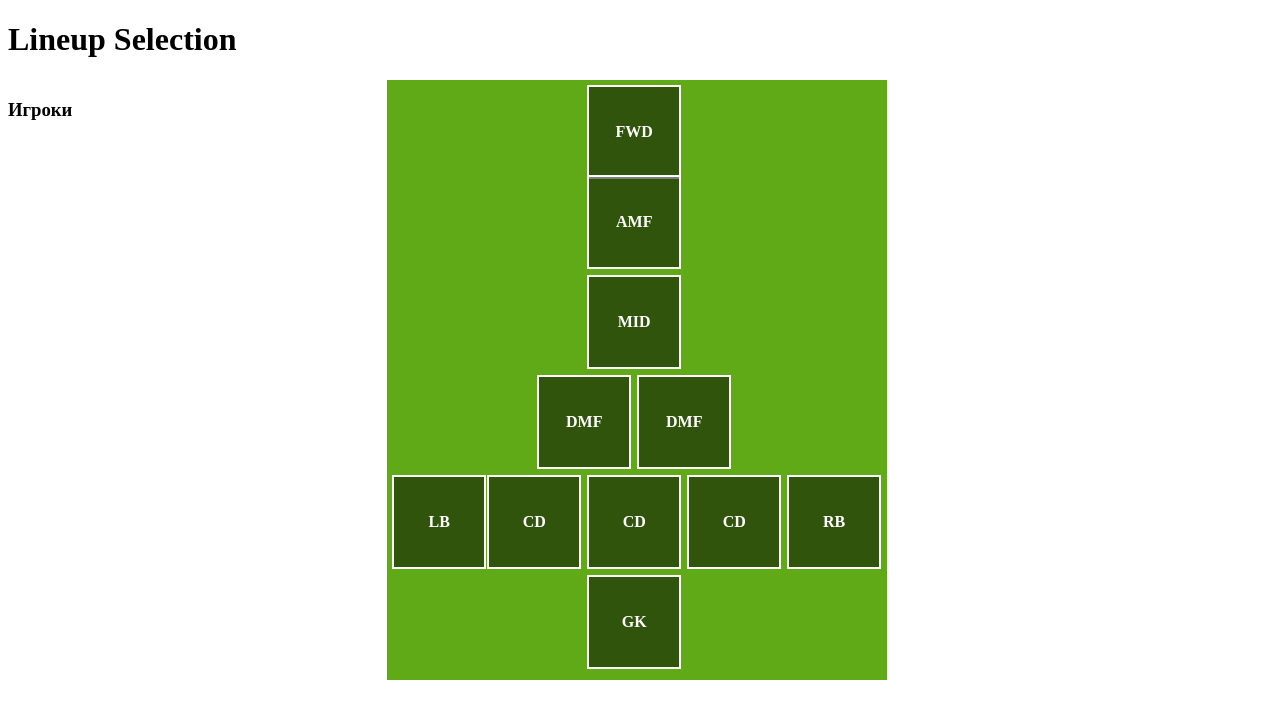
Repository: greatgreek73/soccergame
Page: http://localhost/lineup-selection/
These files come from the project's save history. The page is drawn as it stood at one moment and after the next save; the edit follows.
The browser window is 1280 px wide. The pictures show the whole page.
Some web libraries are served in a nearby version. The page is served by the project's application, run on Django 4.2 (manage.py). A made-up administrator, testuser (Test User, test@example.com), is signed in. Other server files are loaded and not shown. Queries for data that is not in the repository find no rows.

Above is the page before, as saved 2024-04-19 20:15:24.

### players/templates/lineup_selection.html
{% load static %}

<!DOCTYPE html>
<html>
<head>
    <title>Lineup Selection</title>
    <link rel="stylesheet" href="https://code.jquery.com/ui/1.12.1/themes/base/jquery-ui.css">
    <script src="https://code.jquery.com/jquery-3.6.0.min.js"></script>
    <script src="https://code.jquery.com/ui/1.12.1/jquery-ui.min.js"></script>
    <style>
        .content-wrapper {
            display: flex;
            justify-content: flex-start; /* Изменено для устранения лишнего пространства между элементами */
        }
        #player-list {
            width: 30%; /* Задайте ширину списка игроков */
            margin-right: 0px; /* Отступ уменьшен до 0 */
        }
        #field {
            background-color: #60A917;
            width: 500px;
            height: 600px;
            position: relative;
        }
        .position {
            width: 90px;
            height: 90px;
            border: 2px solid #fff;
            position: absolute;
            display: flex;
            align-items: center;
            justify-content: center;
            color: white;
            font-weight: bold;
            background-color: rgba(0, 0, 0, 0.5); /* Небольшая прозрачность */
        }
    </style>
    <script>
        var lineup = []; // Инициализация массива состава на уровне глобальной переменной

        function loadInitialLineup() {
            $.ajax({
                url: '/get-lineup/',
                type: 'GET',
                success: function(response) {
                    lineup = response.lineup;
                    lineup.forEach(function(player) {
                        var playerElement = $('[data-player-id="' + player.player_id + '"]');
                        var positionElement = $('.position[data-position="' + player.position + '"]');
                        var playerClone = playerElement.clone().addClass('positioned-player').removeAttr('style');
                        positionElement.empty().append(playerClone);
                        playerElement.remove();
                        updateDraggable();
                    });
                },
                error: function(xhr, status, error) {
                    console.error('Error loading the lineup: ' + error);
                }
            });
        }

        function updateDraggable() {
            $('.positioned-player').draggable({
                revert: 'invalid',
                cursor: 'move',
                helper: 'clone',
                zIndex: 100
            });
        }

        $(document).ready(function() {
            loadInitialLineup();
            $('.player').draggable({
                revert: 'invalid',
                cursor: 'move',
                helper: 'clone',
                zIndex: 100
            });

            $('.position').droppable({
                accept: function(draggable) {
                    return true; // Теперь любой игрок может быть перетащен в любой слот
                },
                drop: function(event, ui) {
                    console.log("Игрок помещен в слот");
                    var droppedPlayer = ui.draggable;
                    var droppedPlayerId = droppedPlayer.data('player-id');
                    var position = $(this).data('position');  // Получаем позицию слота

                    // Удаление предыдущего игрока из этого слота, если он занят
                    if ($(this).find('.player').length) {
                        var positionedPlayerId = $(this).find('.player').data('player-id');
                        lineup = lineup.filter(item => item.player_id !== positionedPlayerId); // Удаление из массива
                    }

                    // Добавление нового игрока в массив lineup
                    lineup.push({player_id: droppedPlayerId, position: position});

                    // Клонирование и обновление DOM
                    var playerClone = droppedPlayer.clone().removeAttr('style').removeClass('ui-draggable').addClass('positioned-player');
                    $(this).empty().append(playerClone);
                    playerClone.draggable({
                        revert: 'invalid',
                        cursor: 'move',
                        helper: 'clone',
                        zIndex: 100
                    });

                    droppedPlayer.remove();
                    saveLineupAutomatically();  // Сохранение состава
                }
            });

            $('#player-list ul').droppable({
                accept: '.positioned-player',
                drop: function(event, ui) {
                    var droppedPlayer = ui.draggable;
                    var playerId = droppedPlayer.data('player-id');
                    lineup = lineup.filter(item => item.player_id !== playerId); // Update lineup
                    droppedPlayer.remove();
                    $(this).append(droppedPlayer);
                    droppedPlayer.draggable({
                        revert: 'invalid',
                        cursor: 'move',
                        helper: 'clone',
                        zIndex: 100
                    });
                    saveLineupAutomatically();
                }
            });

            function saveLineupAutomatically() {
                // Нет необходимости очищать массив, так как он уже глобальный и обновляется в других функциях
                $.ajax({
                    url: '/lineup/save/',
                    type: 'POST',
                    data: JSON.stringify({lineup: lineup}),
                    contentType: 'application/json',
                    success: function(response) {
                        console.log('Состав успешно сохранен автоматически');
                    },
                    error: function(xhr, status, error) {
                        console.error('Ошибка при автоматическом сохранении состава: ' + error);
                    }
                });
            }

            {% for position, player_id in selected_players.items %}
                var player = $('.player[data-player-id="{{ player_id }}"]');
                var playerClone = player.clone().removeAttr('style').removeClass('ui-draggable').addClass('positioned-player');
                playerClone.uniqueId();
                $('.position[data-position="{{ position }}"]').empty().append(playerClone);
                player.remove();

                playerClone.draggable({
                    revert: 'invalid',
                    cursor: 'move',
                    helper: 'clone',
                    zIndex: 100
                });
            {% endfor %}
        });
    </script>
</head>
<body>
    <h1>Lineup Selection</h1>
    <div class="content-wrapper"> <!-- Добавлен новый контейнер -->
        <div id="player-list">
            <h3>Игроки</h3>
            <ul>
                {% for player in players %}
                    <li class="player" data-player-id="{{ player.id }}" data-player-position="{{ player.position }}">
                        {{ player.last_name }} ({{ player.position }})
                    </li>
                {% endfor %}
            </ul>
        </div>

        <div id="field">
            <div class="position" data-position="GK" style="top: 495px; left: 200px;">GK</div>
            <div class="position" data-position="DEF" style="top: 395px; left: 200px;">CD</div>
            <div class="position" data-position="DEF" style="top: 395px; left: 300px;">CD</div>
            <div class="position" data-position="DEF" style="top: 395px; left: 100px;">CD</div>
            <div class="position" data-position="RB" style="top: 395px; left: 400px;">RB</div>
            <div class="position" data-position="LB" style="top: 395px; left: 5px;">LB</div>
            <div class="position" data-position="MID" style="top: 195px; left: 200px;">MID</div>
            <div class="position" data-position="FWD" style="top: 5px; left: 200px;">FWD</div>
            <div class="position" data-position="DMF" style="top: 295px; left: 250px;">DMF</div>
            <div class="position" data-position="DMF" style="top: 295px; left: 150px;">DMF</div>
            <div class="position" data-position="AMF" style="top: 95px; left: 200px;">AMF</div>



        </div>
    </div>
</body>
</html>

### players/views.py
import scipy.stats as stats
from django.http import HttpResponseRedirect, JsonResponse
from django.shortcuts import render, redirect, get_object_or_404
from .models import Player, Club, Lineup, LineupPlayer
from faker import Faker
from django.contrib import messages
from .forms import UserRegisterForm, CreateClubForm, GeneratePlayerForm
from django.contrib.auth import authenticate, login
from django.contrib.auth.decorators import login_required
from match_engine.engine import simulate_match
from utils.player_stats_generator import PlayerStatsGenerator
from utils.config import TOTAL_POINTS, MAIN_STATS_RATIO, KEY_STAT_MULTIPLIERS, MAX_STAT_VALUE
import json
from django.views.decorators.csrf import csrf_exempt
import logging

# Настройка логгера
logger = logging.getLogger('newsoccergame')

fake = Faker()

STATS = [
    'strength', 'stamina', 'pace', 'marking', 'tackling', 'work_rate',
    'positioning', 'passing', 'crossing', 'dribbling', 'ball_control',
    'heading', 'finishing', 'long_range', 'vision', 'handling', 'reflexes',
    'aerial', 'jumping', 'command', 'throwing', 'kicking'
]

def index(request):
    return render(request, 'index.html')

def generate_player(request):
    if request.method == 'POST':
        form = GeneratePlayerForm(request.POST)
        if form.is_valid():
            position = form.cleaned_data['position']
            Player.objects.create(
                first_name=fake.first_name_male(),
                last_name=fake.last_name_male(),
                age=17,
                position=position
            )
            return HttpResponseRedirect('/generate/')
    else:
        form = GeneratePlayerForm()
    return render(request, 'generate_player.html', {'form': form})

def register(request):
    if request.method == 'POST':
        form = UserRegisterForm(request.POST)
        if form.is_valid():
            form.save()
            username = form.cleaned_data.get('username')
            messages.success(request, f'Your account has been created! You are now able to log in')
            return redirect('login')
    else:
        form = UserRegisterForm()
    return render(request, 'register.html', {'form': form})

def user_login(request):
    if request.method == 'POST':
        username = request.POST['username']
        password = request.POST['password']
        user = authenticate(request, username=username, password=password)
        if user is not None:
            login(request, user)
            try:
                club = Club.objects.get(user=user)
                return redirect('club_detail', club_id=club.id)
            except Club.DoesNotExist:
                return redirect('create_club')
        else:
            return render(request, 'login.html', {'error': 'Invalid credentials'})
    return render(request, 'login.html')

@login_required
def home(request):
    try:
        club = Club.objects.get(user=request.user)
        return redirect('club_detail', club_id=club.id)
    except Club.DoesNotExist:
        return redirect('create_club')

def club_detail(request, club_id):
    club = get_object_or_404(Club, id=club_id)
    context = {
        'club': club,
        'form': GeneratePlayerForm()
    }
    return render(request, 'club_detail.html', context)

def create_club(request):
    if request.method == 'POST':
        form = CreateClubForm(request.POST)
        if form.is_valid():
            existing_club = Club.objects.filter(user=request.user).first()
            if existing_club:
                return redirect('club_detail', club_id=existing_club.id)

            new_club = Club.objects.create(
                user=request.user,
                name=form.cleaned_data['name'],
                country=form.cleaned_data['country']
            )
            return redirect('club_detail', club_id=new_club.id)
    else:
        form = CreateClubForm()
    return render(request, 'create_club.html', {'form': form})

def generate_player_for_club(request, club_id):
    try:
        club = Club.objects.get(id=club_id)
    except Club.DoesNotExist:
        return redirect('home')

    if club.user != request.user:
        return redirect('home')

    if request.method == 'POST':
        form = GeneratePlayerForm(request.POST)
        if form.is_valid():
            position = form.cleaned_data['position']
            player_class = int(form.cleaned_data['player_class'])

            config = {
                'stats': STATS,
                'total_points': TOTAL_POINTS,
                'main_stats_ratio': MAIN_STATS_RATIO,
                'key_stat_multipliers': KEY_STAT_MULTIPLIERS,
                'max_stat_value': MAX_STAT_VALUE
            }
            generator = PlayerStatsGenerator(config)
            player_stats = generator.generate_stats(position, player_class)

            country_to_locale = {
                'USA': 'en_US',
                'Russia': 'ru_RU',
                'China': 'zh_CN',
                'Belgium': 'nl_BE',
                'New Zealand': 'en_NZ',
                'Austria': 'de_AT',
                'Brazil': 'pt_BR',
                'Greece': 'el_GR',
                'Argentina': 'es_AR',
                'Italy': 'it_IT',
                'Germany': 'de_DE',
            }

            print(f"Club country: {club.country}")
            locale = country_to_locale.get(club.country, 'en_US')
            print(f"Using locale: {locale}")

            fake = Faker(locale)

            while True:
                first_name = fake.first_name_male()
                last_name = fake.last_name_male()

                if not Player.objects.filter(first_name=first_name, last_name=last_name).exists():
                    break

            player = Player.objects.create(
                first_name=first_name,
                last_name=last_name,
                age=17,
                club=club,
                nationality=club.country,
                position=position,
                player_class=player_class,
                **player_stats
            )

            return redirect('club_detail', club_id=club.id)
    else:
        form = GeneratePlayerForm()

    context = {'form': form}
    return render(request, 'generate_player.html', context)

def player_detail(request, player_id):
    player = get_object_or_404(Player, id=player_id)
    context = {
        'player': player
    }
    return render(request, 'player_detail.html', context)

def start_match(request, club_id):
    club1 = get_object_or_404(Club, id=club_id)
    opponent_club_id = request.GET.get('opponent_club_id')
    if opponent_club_id:
        try:
            club2 = get_object_or_404(Club, id=opponent_club_id)
        except Club.DoesNotExist:
            return render(request, 'error.html', {'error': 'Invalid opponent club'})

        lineup1 = Lineup.objects.filter(user=club1.user).last()
        lineup2 = Lineup.objects.filter(user=club2.user).last()

        if lineup1:
            players1 = [lp.player for lp in LineupPlayer.objects.filter(lineup=lineup1)]
        else:
            players1 = Player.objects.filter(club=club1)

        if lineup2:
            players2 = [lp.player for lp in LineupPlayer.objects.filter(lineup=lineup2)]
        else:
            players2 = Player.objects.filter(club=club2)

        winner, loser = simulate_match(players1, players2, club1, club2)

        winner_players = winner.players
        loser_players = loser.players

        context = {
            'club1': club1,
            'club2': club2,
            'winner_club': winner.club,
            'loser_club': loser.club,
            'winner_players': winner_players,
            'loser_players': loser_players,
        }

        return render(request, 'match.html', context)
    else:
        other_clubs = Club.objects.exclude(id=club_id)
        context = {
            'club': club1,
            'other_clubs': other_clubs,
        }
        return render(request, 'select_opponent.html', context)

def update_stadium(request, pk):
    club = get_object_or_404(Club, pk=pk)
    if request.method == 'POST':
        data = json.loads(request.body)
        club.stadium_name = data['stadium_name']
        club.save()
        return JsonResponse({'status': 'ok'})

def increase_capacity(request, pk):
    club = get_object_or_404(Club, pk=pk)
    if request.method == 'POST':
        club.stadium_capacity += 1000
        club.save()
        return JsonResponse({'stadium_capacity': club.stadium_capacity})

@login_required
def lineup_selection(request):
    players = Player.objects.filter(club__user=request.user)
    lineup = Lineup.objects.filter(user=request.user).last()
    if lineup:
        lineup_players = LineupPlayer.objects.filter(lineup=lineup)
        selected_players = {lp.position: lp.player.id for lp in lineup_players}
    else:
        selected_players = {}
    return render(request, 'lineup_selection.html', {'players': players, 'selected_players': selected_players})

@login_required
@csrf_exempt
def save_lineup(request):
    logger.debug("save_lineup called")  # Логирование вызова функции
    if request.method == 'POST':
        try:
            data = json.loads(request.body)
            logger.debug(f"Received lineup data: {data}")  # Логирование полученных данных

            lineup_data = data.get('lineup', [])
            user = request.user
            lineup = Lineup.objects.filter(user=user).last()

            if not lineup:
                lineup = Lineup.objects.create(user=user)

            # Удалить всех текущих игроков из лайнапа перед добавлением новых
            LineupPlayer.objects.filter(lineup=lineup).delete()

            # Добавить игроков из полученных данных
            for item in lineup_data:
                player_id = item.get('player_id')
                position = item.get('position')
                player = Player.objects.get(id=player_id)
                LineupPlayer.objects.create(lineup=lineup, player=player, position=position)

            logger.debug("Lineup saved successfully")  # Логирование успешного сохранения
            return JsonResponse({'status': 'success', 'message': 'Состав успешно сохранен'})
        except Exception as e:
            logger.error(f"Error saving lineup: {e}", exc_info=True)  # Логирование ошибок
            return JsonResponse({'error': 'Internal server error'}, status=500)
    else:
        logger.warning("Incorrect request method")  # Логирование некорректного метода запроса
        return JsonResponse({'status': 'error', 'message': 'Неверный метод запроса'}, status=400)

def get_lineup(request):
    lineup = LineupPlayer.objects.filter(lineup__user=request.user)  # Убедитесь, что данные фильтруются по текущему пользователю
    data = [{'player_id': player.player.id, 'position': player.position} for player in lineup]
    return JsonResponse({'lineup': data})

### newsoccergame/urls.py
from django.contrib import admin
from django.urls import path, include
from players import views as player_views
from django.contrib.auth import views as auth_views
from django.contrib.auth.views import LogoutView
from players.views import index


urlpatterns = [
    path('', index, name='index'),
    path('admin/', admin.site.urls),
    path('', include('players.urls')),
    path('generate/', player_views.generate_player, name='generate_player'),
    path('register/', player_views.register, name='register'),
    path('login/', auth_views.LoginView.as_view(template_name='login.html'), name='login'),
    path('logout/', LogoutView.as_view(next_page='index'), name='logout'),
    path('', player_views.home, name='home'),

]

### players/urls.py
from django.urls import path
from . import views
from players.views import index
from .views import lineup_selection

urlpatterns = [
    # ... другие маршруты ...
    path('generate/', views.generate_player, name='generate_player'),
    path('register/', views.register, name='register'),
    path('login/', views.user_login, name='login'),
    path('', views.home, name='home'),
    path('club/<int:club_id>/', views.club_detail, name='club_detail'),
    path('create_club/', views.create_club, name='create_club'),
    path('club/<int:club_id>/generate_player/', views.generate_player_for_club, name='generate_player_for_club'),
    path('player/<int:player_id>/', views.player_detail, name='player_detail'),
    path('', index, name='index'),
    path('match/<int:club1_id>/<int:club2_id>/', views.start_match, name='start_match'),
    path('match/<int:club_id>/', views.start_match, name='start_match'),
    path('clubs/<int:pk>/update_stadium/', views.update_stadium, name='update_stadium'),
    path('clubs/<int:pk>/increase_capacity/', views.increase_capacity, name='increase_capacity'),
    path('lineup-selection/', views.lineup_selection, name='lineup_selection'),
    path('lineup/save/', views.save_lineup, name='save_lineup'),
    path('get-lineup/', views.get_lineup, name='get_lineup'),
]

After the next save:
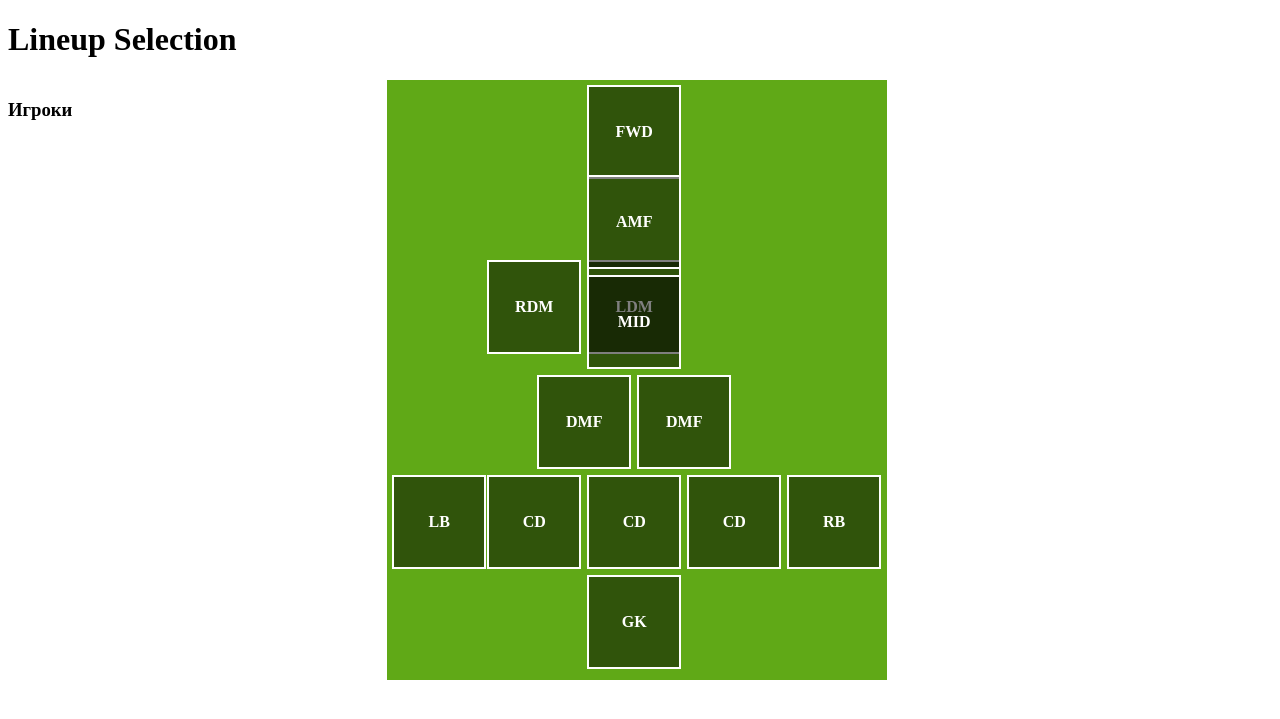
Saved 35 min 4 s later.
--- a/players/templates/lineup_selection.html
+++ b/players/templates/lineup_selection.html
@@ -183,6 +183,8 @@
             <div class="position" data-position="DEF" style="top: 395px; left: 100px;">CD</div>
             <div class="position" data-position="RB" style="top: 395px; left: 400px;">RB</div>
             <div class="position" data-position="LB" style="top: 395px; left: 5px;">LB</div>
+            <div class="position" data-position="RDM" style="top: 180px; left: 100px;">RDM</div>
+            <div class="position" data-position="LDM" style="top: 180px; left: 200px;">LDM</div>
             <div class="position" data-position="MID" style="top: 195px; left: 200px;">MID</div>
             <div class="position" data-position="FWD" style="top: 5px; left: 200px;">FWD</div>
             <div class="position" data-position="DMF" style="top: 295px; left: 250px;">DMF</div>
